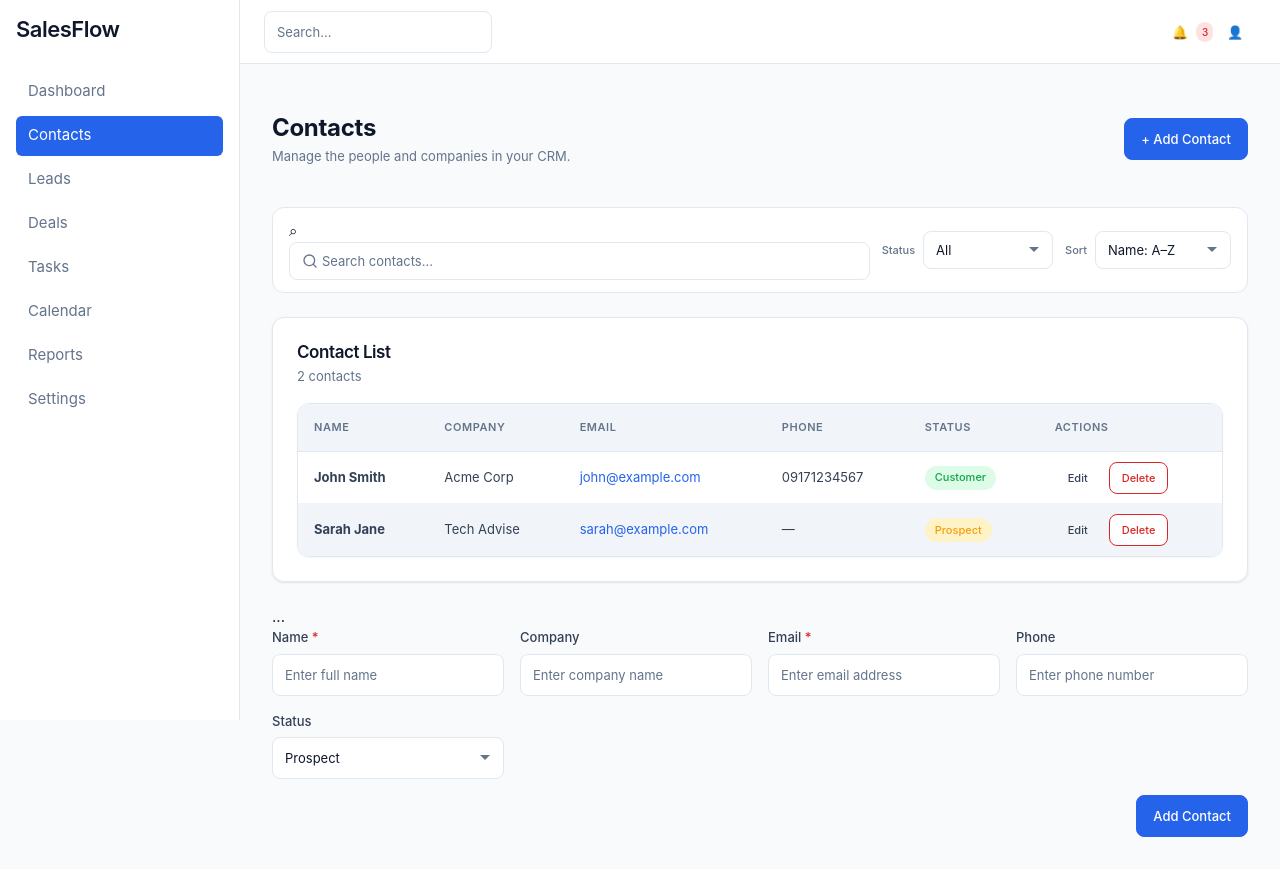
Repository: lawrencegonzaga-dev/salesflow-crm
Page: /contacts, after clicking the first element matching `button.button--primary`
The author's editor kept a copy of each file at every save. The page is drawn from the files as they stood at one save, then again after the next save.
The browser window is 1280 px wide. The pictures show the whole page.
The project was rebuilt for these pictures with package versions that can differ from the ones it lists, and the page was loaded fresh each time. Also part of the build but not shown: vite.config.js, src/components/StatCard.jsx, src/components/DashboardLeads.jsx, src/components/DashboardDeals.jsx, src/components/DashboardTasks.jsx, src/components/RecentActivity.jsx, src/pages/Dashboard.jsx, src/components/LeadForm.jsx and 22 more.

Above is the page before, as saved 2026-08-18 12:43:24.

After the next save:
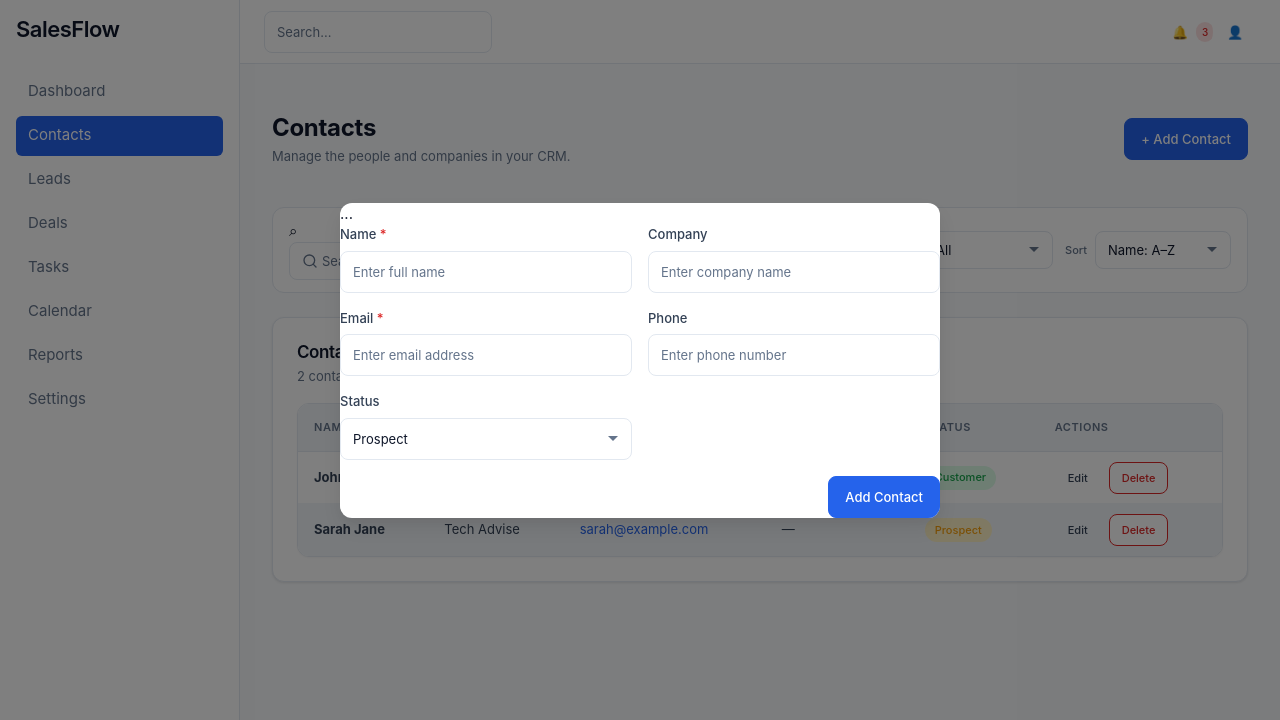
Saved 63 s later.
--- a/src/styles/components/modal.css
+++ b/src/styles/components/modal.css
@@ -154,4 +154,67 @@
   background: var(--color-border-hover);
 }
 
+.form-overlay {
+  position: fixed;
+  inset: 0;
+
+  display: flex;
+  align-items: center;
+  justify-content: center;
+
+  padding: 24px;
+
+  background: rgb(0 0 0 / 50%);
+
+  z-index: 1000;
+}
+
+.form-card {
+  width: min(100%, 600px);
+  max-height: calc(100vh - 48px);
+
+  overflow-y: auto;
+
+  background: var(--color-surface);
+  border-radius: var(--radius-lg);
+
+  box-shadow: var(--shadow-lg);
+}
+
+.form-card__header {
+  display: flex;
+  align-items: flex-start;
+  justify-content: space-between;
+
+  padding: 24px;
+  border-bottom: 1px solid var(--color-border);
+}
+
+.form-card__title {
+  margin: 0;
+}
+
+.form-card__subtitle {
+  margin: 4px 0 0;
+}
+
+.form-card__close {
+  display: grid;
+  place-items: center;
+
+  width: 36px;
+  height: 36px;
+
+  border: 0;
+  background: transparent;
+  border-radius: var(--radius-md);
+
+  font-size: 24px;
+  cursor: pointer;
+}
+
+.form-card__close:hover {
+  background: var(--color-surface-muted);
+}
+
 /* modal.css */
